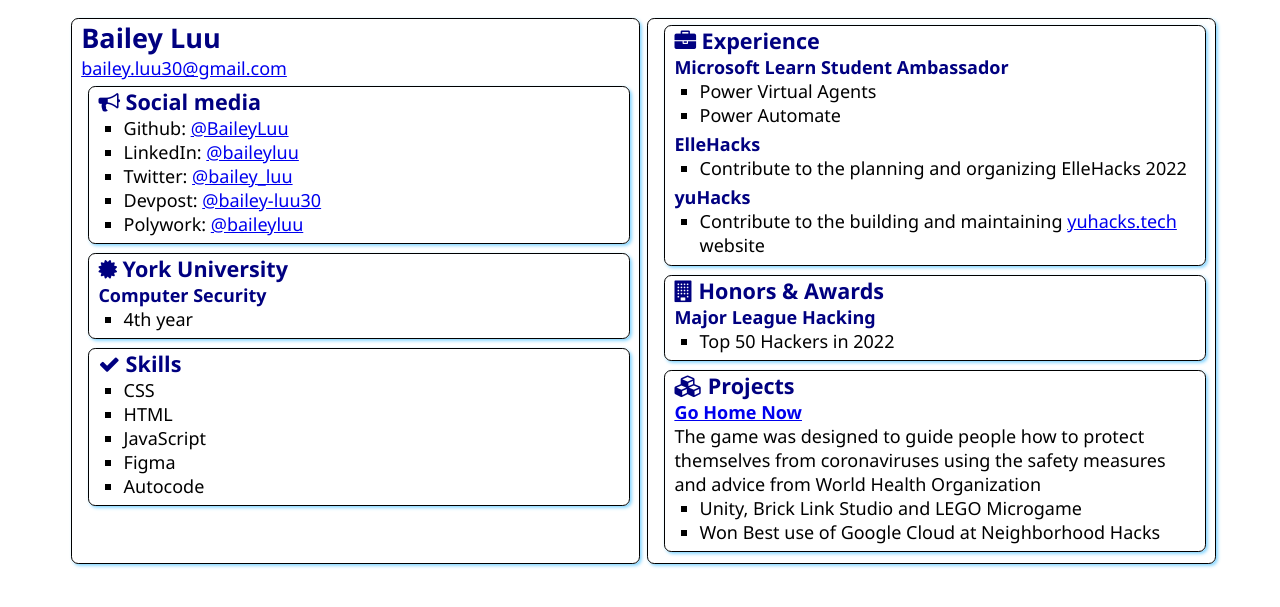
Repository: BaileyLuu/SATechnicalOnboarding
Page: src/index.html
These files come from the project's save history. The page is drawn as it stood at one moment and after the next save; the edit follows.
The browser window is 1280 px wide. The pictures show the whole page.

Above is the page before, as saved 2022-07-27 21:05:28.

After the next save:
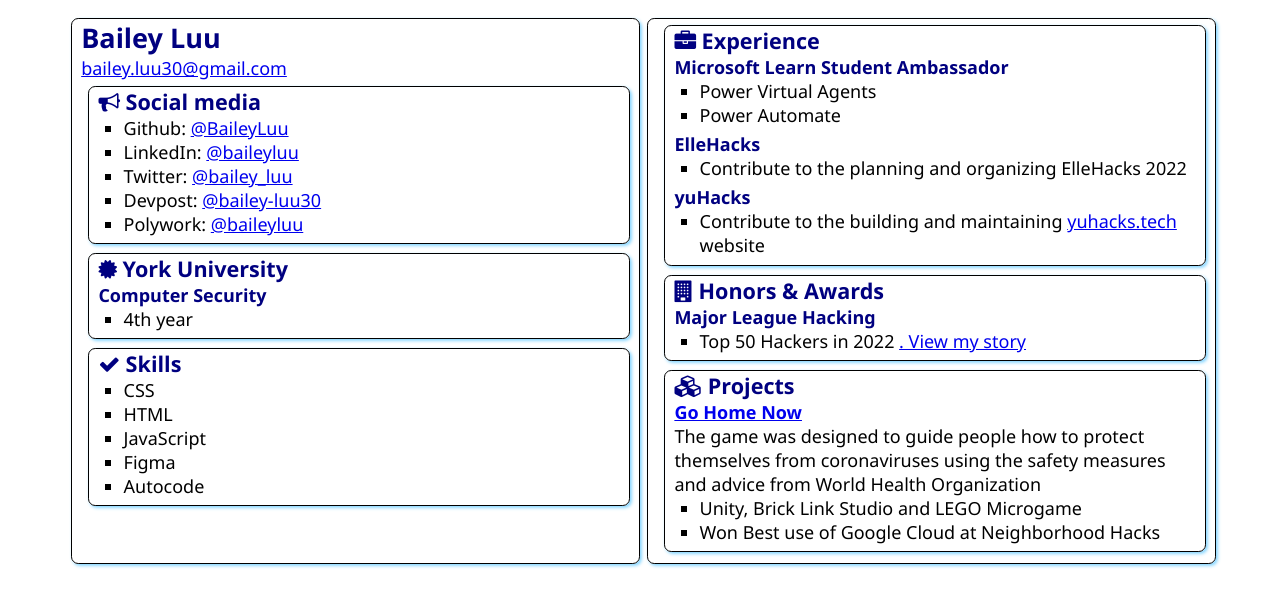
Saved 107 s later.
--- a/src/index.html
+++ b/src/index.html
@@ -85,7 +85,7 @@
 
                 <h3>Major League Hacking</h3>
                 <ul>
-                    <li>Top 50 Hackers in 2022</li>
+                    <li>Top 50 Hackers in 2022  <a href="https://top.mlh.io/2022/profiles/bailey-luu">. View my story</a></li>
 
                 </ul>
             </section>
